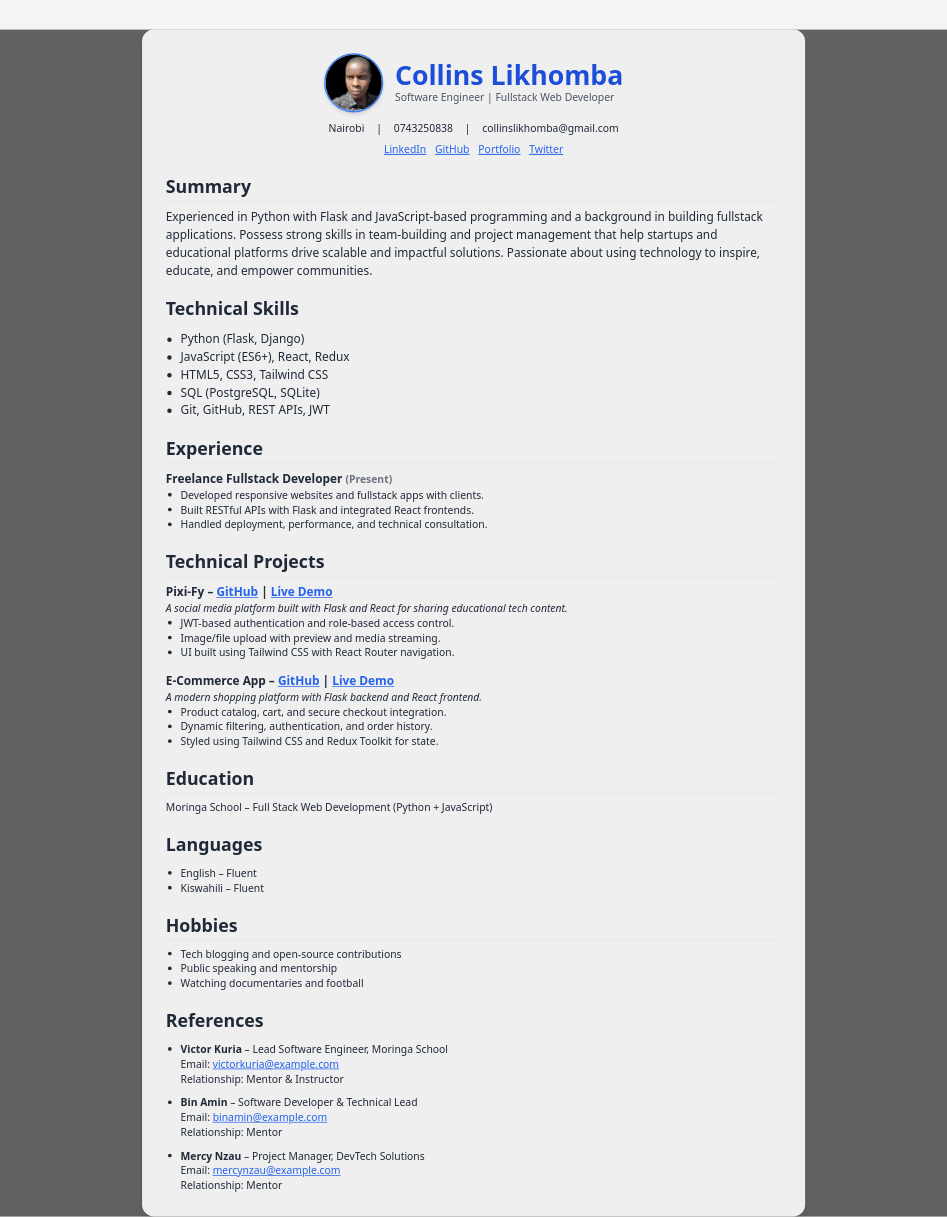
Repository: Engineer-collo/My_Cv
Page: /
The author's editor kept a copy of each file at every save. The page is drawn from the files as they stood at one save, then again after the next save.
The browser window is 1280 px wide. The pictures show the whole page, at 74% of full size.
The project was rebuilt for these pictures with package versions that can differ from the ones it lists, and the page was loaded fresh each time. Also part of the build but not shown: vite.config.js.

Above is the page before, as saved 2025-06-24 17:44:36.

### index.html
<!DOCTYPE html>
<html lang="en">
<head>
  <meta charset="UTF-8">
  <meta name="viewport" content="width=device-width, initial-scale=1.0">
  <title>React Vite Starter</title>
</head>
<body class="bg-gray-100">
  <div id="root"></div>
  <script type="module" src="/src/main.jsx"></script>
</body>
</html>

### src/main.jsx
import React from 'react'
import ReactDOM from 'react-dom/client'
import './index.css'
import App from './App'

ReactDOM.createRoot(document.getElementById('root')).render(
  <React.StrictMode>
    <App />
  </React.StrictMode>,
)

### src/App.jsx
import React from "react";

export default function App() {
  return (
    <div className="min-h-screen relative bg-gray-100 bg-cover bg-center bg-no-repeat">
      {/* Background overlay */}
      <div className="absolute inset-0 bg-black bg-opacity-60"></div>

      {/* Main content container */}
      <div className="relative z-10 max-w-4xl mx-auto bg-white bg-opacity-90 rounded-2xl shadow-lg p-8 mt-10 text-gray-800 font-sans">
      <header className="text-center mb-6">
  <div className="flex justify-center items-center gap-4 mb-3">
    <img
      className="h-20 w-20 rounded-full object-cover border-2 border-blue-500 shadow-md"
      src="/image.png"
      alt="Engineer Collins Logo"
    />
    <div className="text-left">
      <h1 className="text-3xl md:text-4xl font-bold text-blue-700">
        Collins Likhomba
      </h1>
      <p className="text-sm text-gray-600">
        Software Engineer | Fullstack Web Developer
      </p>
    </div>
  </div>

  <div className="flex justify-center mt-2 space-x-4 text-sm">
    <span>Nairobi</span>
    <span>|</span>
    <span>0743250838</span>
    <span>|</span>
    <span>collinslikhomba@gmail.com</span>
  </div>

  <div className="flex justify-center mt-2 flex-wrap gap-3 text-blue-600 underline text-sm">
    <a
      href="https://www.linkedin.com/in/collins-likhomba-7b364730a/"
      target="_blank"
      rel="noreferrer"
    >
      LinkedIn
    </a>
    <a
      href="https://github.com/Engineer-collo?tab=repositories"
      target="_blank"
      rel="noreferrer"
    >
      GitHub
    </a>
    <a
      href="https://portfolio-git-main-collins-likhombas-projects.vercel.app/"
      target="_blank"
      rel="noreferrer"
    >
      Portfolio
    </a>
    <a
      href="https://x.com/CollinsLikhomba"
      target="_blank"
      rel="noreferrer"
    >
      Twitter
    </a>
  </div>
</header>

        <section className="mb-6">
          <h2 className="text-2xl font-semibold border-b pb-1 mb-2">Summary</h2>
          <p>
            Experienced in Python with Flask and JavaScript-based programming and a background in building fullstack applications. Possess strong skills in team-building and project management that help startups and educational platforms drive scalable and impactful solutions. Passionate about using technology to inspire, educate, and empower communities.
          </p>
        </section>

        <section className="mb-6">
          <h2 className="text-2xl font-semibold border-b pb-1 mb-2">Technical Skills</h2>
          <ul className="list-disc pl-5">
            <li>Python (Flask, Django)</li>
            <li>JavaScript (ES6+), React, Redux</li>
            <li>HTML5, CSS3, Tailwind CSS</li>
            <li>SQL (PostgreSQL, SQLite)</li>
            <li>Git, GitHub, REST APIs, JWT</li>
          </ul>
        </section>

        <section className="mb-6">
          <h2 className="text-2xl font-semibold border-b pb-1 mb-2">Experience</h2>
          <div>
            <h3 className="font-semibold">Freelance Fullstack Developer <span className="text-sm text-gray-500">(Present)</span></h3>
            <ul className="list-disc pl-5 text-sm">
              <li>Developed responsive websites and fullstack apps with clients.</li>
              <li>Built RESTful APIs with Flask and integrated React frontends.</li>
              <li>Handled deployment, performance, and technical consultation.</li>
            </ul>
          </div>
        </section>

        <section className="mb-6">
          <h2 className="text-2xl font-semibold border-b pb-1 mb-2">Technical Projects</h2>

          {/* Pixi-Fy Project */}
          <div className="mb-4">
            <h3 className="font-semibold">
              Pixi-Fy –{" "}
              <a
                href="https://github.com/Engineer-collo/Pixi-fy"
                target="_blank"
                className="text-blue-600 underline"
                rel="noreferrer"
              >
                GitHub
              </a>
              {" | "}
              <a
                href="https://pixi-fy-hrmt.vercel.app/"
                target="_blank"
                className="text-blue-600 underline"
                rel="noreferrer"
              >
                Live Demo
              </a>
            </h3>
            <p className="text-sm italic">
              A social media platform built with Flask and React for sharing educational tech content.
            </p>
            <ul className="list-disc pl-5 text-sm">
              <li>JWT-based authentication and role-based access control.</li>
              <li>Image/file upload with preview and media streaming.</li>
              <li>UI built using Tailwind CSS with React Router navigation.</li>
            </ul>
          </div>

          {/* E-Commerce Project */}
          <div className="mb-4">
            <h3 className="font-semibold">
              E-Commerce App –{" "}
              <a
                href="https://github.com/Engineer-collo/Modern-Ecommerce-Application"
                target="_blank"
                className="text-blue-600 underline"
                rel="noreferrer"
              >
                GitHub
              </a>
              {" | "}
              <a
                href="https://modern-ecommerce-application-v2qd.vercel.app/"
                target="_blank"
                className="text-blue-600 underline"
                rel="noreferrer"
              >
                Live Demo
              </a>
            </h3>
            <p className="text-sm italic">
              A modern shopping platform with Flask backend and React frontend.
            </p>
            <ul className="list-disc pl-5 text-sm">
              <li>Product catalog, cart, and secure checkout integration.</li>
              <li>Dynamic filtering, authentication, and order history.</li>
              <li>Styled using Tailwind CSS and Redux Toolkit for state.</li>
            </ul>
          </div>
        </section>

        <section className="mb-6">
          <h2 className="text-2xl font-semibold border-b pb-1 mb-2">Education</h2>
          <p className="text-sm">Moringa School – Full Stack Web Development (Python + JavaScript)</p>
        </section>

        <section className="mb-6">
          <h2 className="text-2xl font-semibold border-b pb-1 mb-2">Languages</h2>
          <ul className="list-disc pl-5 text-sm">
            <li>English – Fluent</li>
            <li>Kiswahili – Fluent</li>
          </ul>
        </section>

        <section className="mb-6">
          <h2 className="text-2xl font-semibold border-b pb-1 mb-2">Hobbies</h2>
          <ul className="list-disc pl-5 text-sm">
            <li>Tech blogging and open-source contributions</li>
            <li>Public speaking and mentorship</li>
            <li>Watching documentaries and football</li>
          </ul>
        </section>

        <section>
          <h2 className="text-2xl font-semibold border-b pb-1 mb-2">References</h2>
          <ul className="text-sm list-disc pl-5 space-y-3">
            <li>
              <span className="font-semibold">Victor Kuria</span> – Lead Software Engineer, Moringa School<br />
              Email: <a href="mailto:victorkuria@example.com" className="text-blue-600 underline">victorkuria@example.com</a><br />
              Relationship: Mentor & Instructor
            </li>
            <li>
              <span className="font-semibold">Bin Amin</span> – Software Developer & Technical Lead<br />
              Email: <a href="mailto:binamin@example.com" className="text-blue-600 underline">binamin@example.com</a><br />
              Relationship: Mentor
            </li>
            <li>
              <span className="font-semibold">Mercy Nzau</span> – Project Manager, DevTech Solutions<br />
              Email: <a href="mailto:mercynzau@example.com" className="text-blue-600 underline">mercynzau@example.com</a><br />
              Relationship: Mentor
            </li>
          </ul>
        </section>
      </div>
    </div>
  );
}

Loaded but not shown: src/index.css (common file); tailwind.config.js (common file)

After the next save:
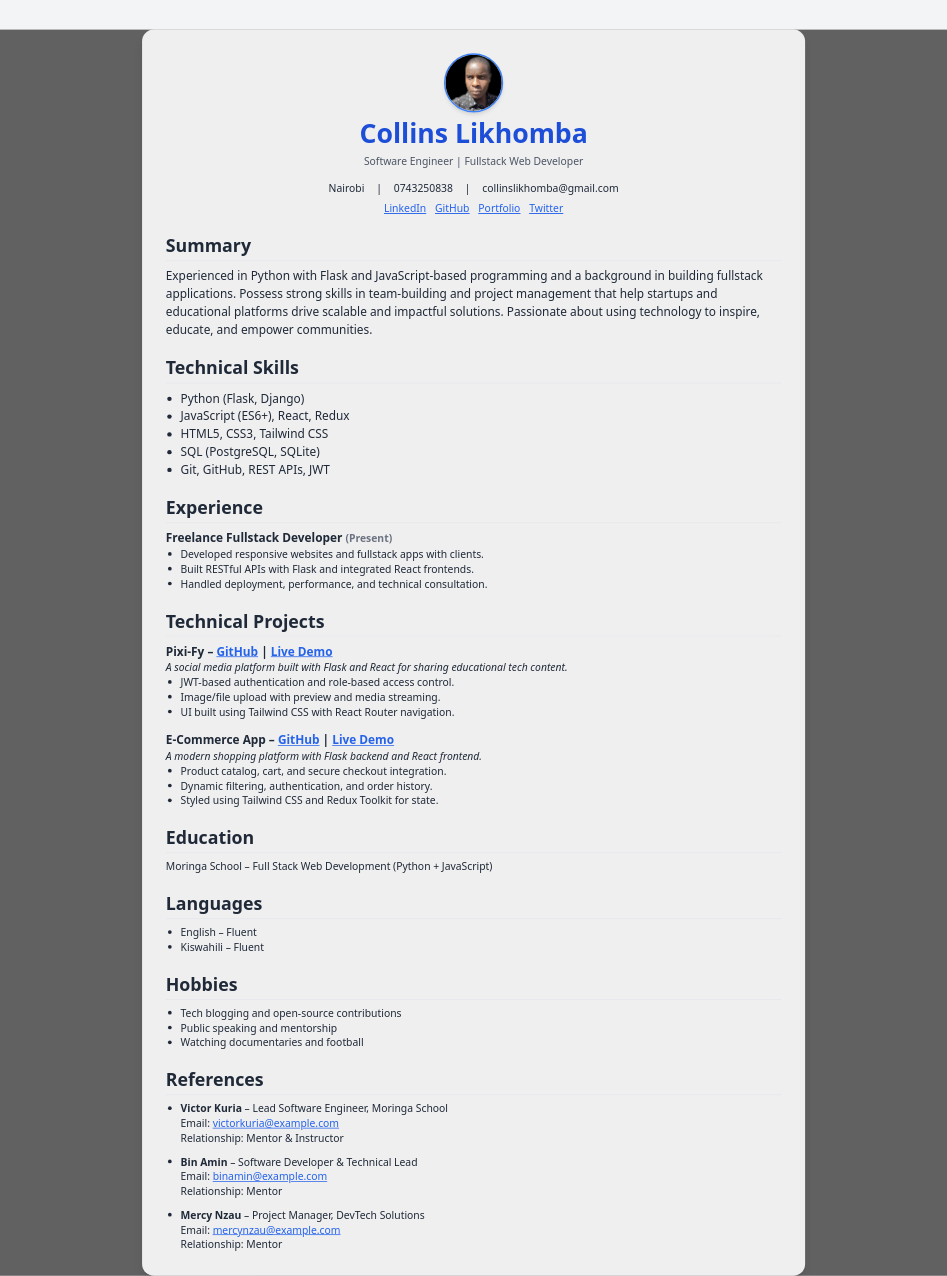
Saved 4 min 4 s later.
--- a/src/App.jsx
+++ b/src/App.jsx
@@ -9,20 +9,18 @@ export default function App() {
       {/* Main content container */}
       <div className="relative z-10 max-w-4xl mx-auto bg-white bg-opacity-90 rounded-2xl shadow-lg p-8 mt-10 text-gray-800 font-sans">
       <header className="text-center mb-6">
-  <div className="flex justify-center items-center gap-4 mb-3">
+  <div className="flex flex-col items-center gap-2 mb-4">
     <img
       className="h-20 w-20 rounded-full object-cover border-2 border-blue-500 shadow-md"
       src="/image.png"
-      alt="Engineer Collins Logo"
+      alt="Engineer Collins Profile"
     />
-    <div className="text-left">
-      <h1 className="text-3xl md:text-4xl font-bold text-blue-700">
-        Collins Likhomba
-      </h1>
-      <p className="text-sm text-gray-600">
-        Software Engineer | Fullstack Web Developer
-      </p>
-    </div>
+    <h1 className="text-3xl md:text-4xl font-bold text-blue-700">
+      Collins Likhomba
+    </h1>
+    <p className="text-sm text-gray-600">
+      Software Engineer | Fullstack Web Developer
+    </p>
   </div>
 
   <div className="flex justify-center mt-2 space-x-4 text-sm">
